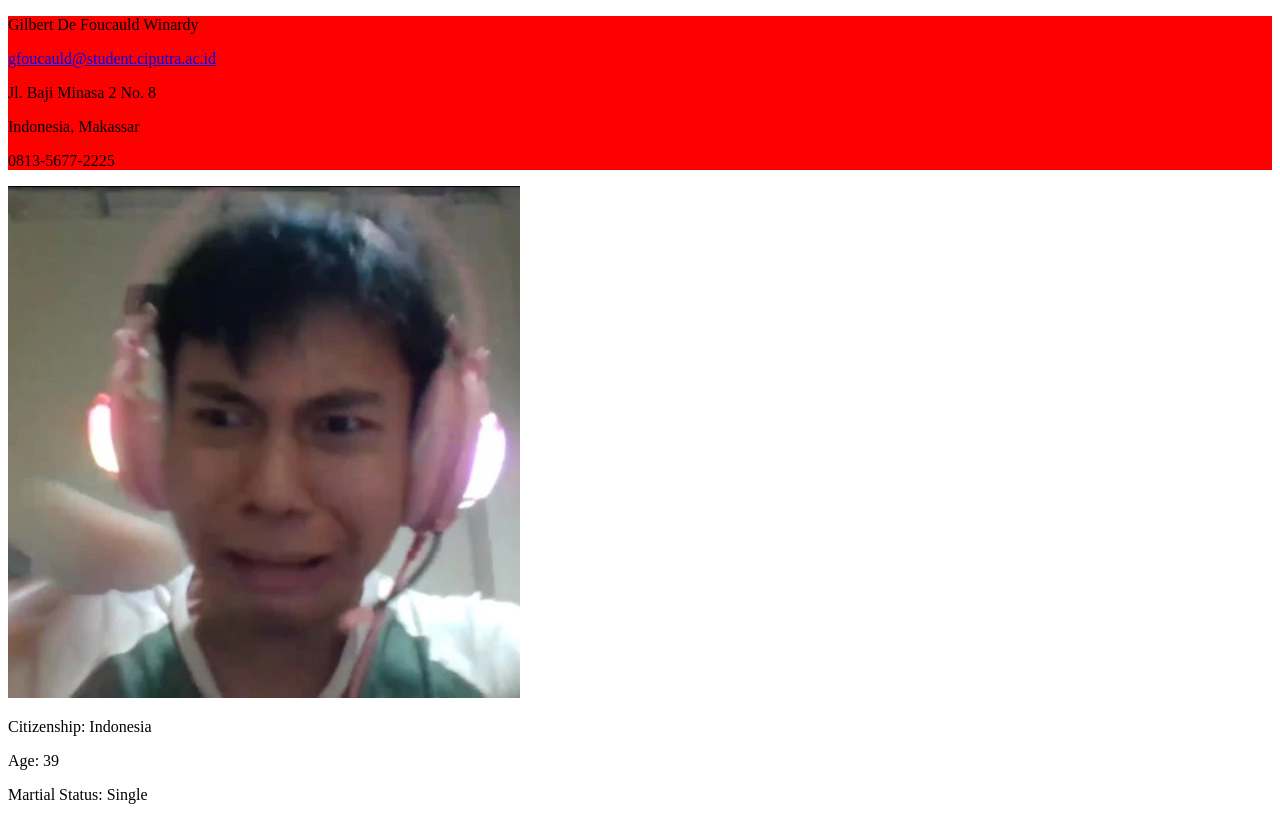
Repository: Gibekkk/WebPro
Page: Tugas Lab 1/index.html
These files come from the project's save history. The page is drawn as it stood at one moment and after a run of saves; the edit follows.
The browser window is 1280 px wide. The pictures show the whole page.

Above is the page before, as saved 2024-03-25 12:53:40.

### Tugas Lab 1/index.html
<!DOCTYPE html>
<html lang="en">
<head>
    <meta charset="UTF-8">
    <meta name="viewport" content="width=device-width, initial-scale=1.0">
    <title>Portfolio</title>
    <link rel="stylesheet" href="style.css">
</head>
<body>
    <header>
        <div class="title">
            <p class="name">Gilbert De Foucauld Winardy</p>
            <a href="gfoucauld@student.ciputra.ac.id">gfoucauld@student.ciputra.ac.id</a>
            <p>Jl. Baji Minasa 2 No. 8</p>
            <p>Indonesia, Makassar</p>
            <p>0813-5677-2225</p>
        </div>
        <div class="picture">
            <img class="profile-pic" src="javin.jpg">
        </div>
        <div class="description">
            <p>Citizenship: Indonesia</p>
            <p>Age: 39</p>
            <p>Martial Status: Single</p>
        </div>
    </header>
</body>
</html>

### Tugas Lab 1/style.css
.title{
    background-color: red;

}

After the next 4 saves:
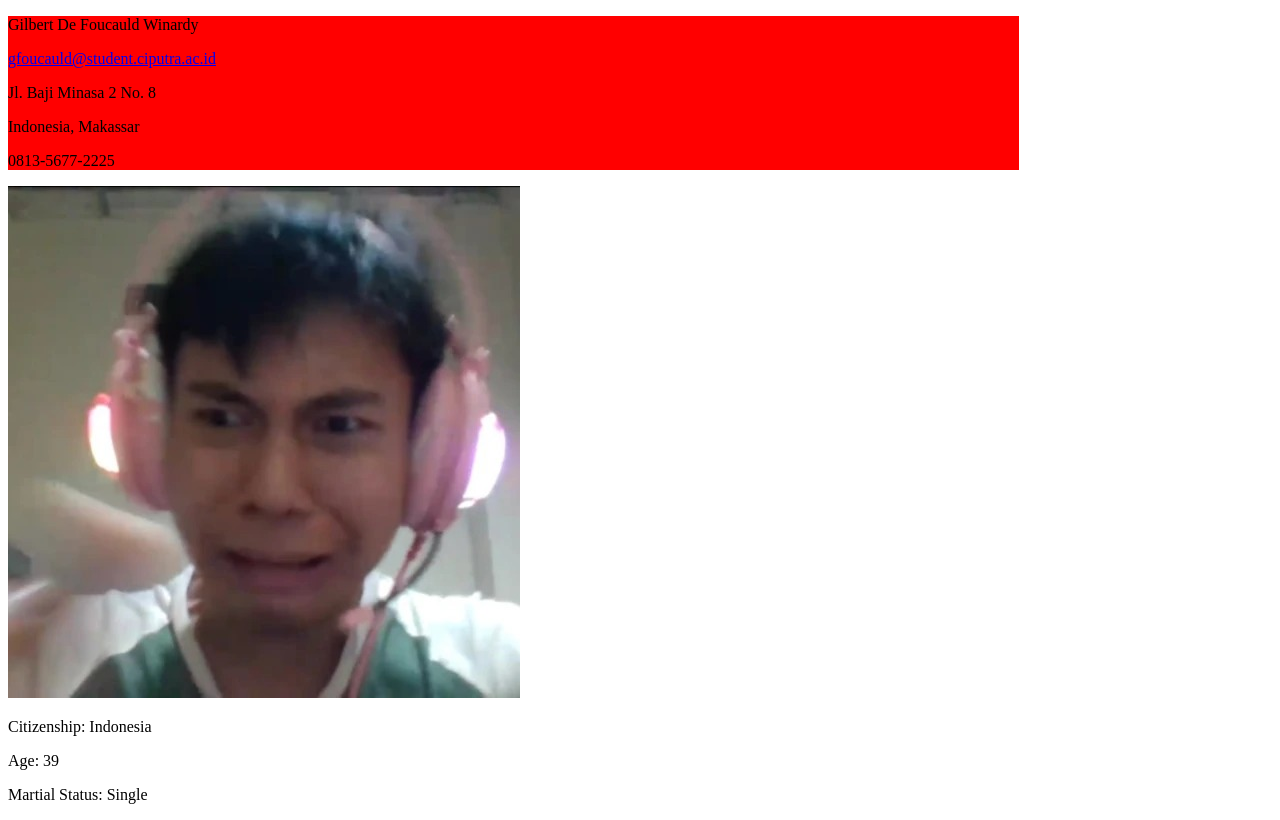
The 4 saves are shown as one change because they came seconds apart.
The last was saved 12 s later.
--- a/Tugas Lab 1/style.css
+++ b/Tugas Lab 1/style.css
@@ -1,4 +1,5 @@
 .title{
     background-color: red;
-
+    width: 80%;
 }
+.i
